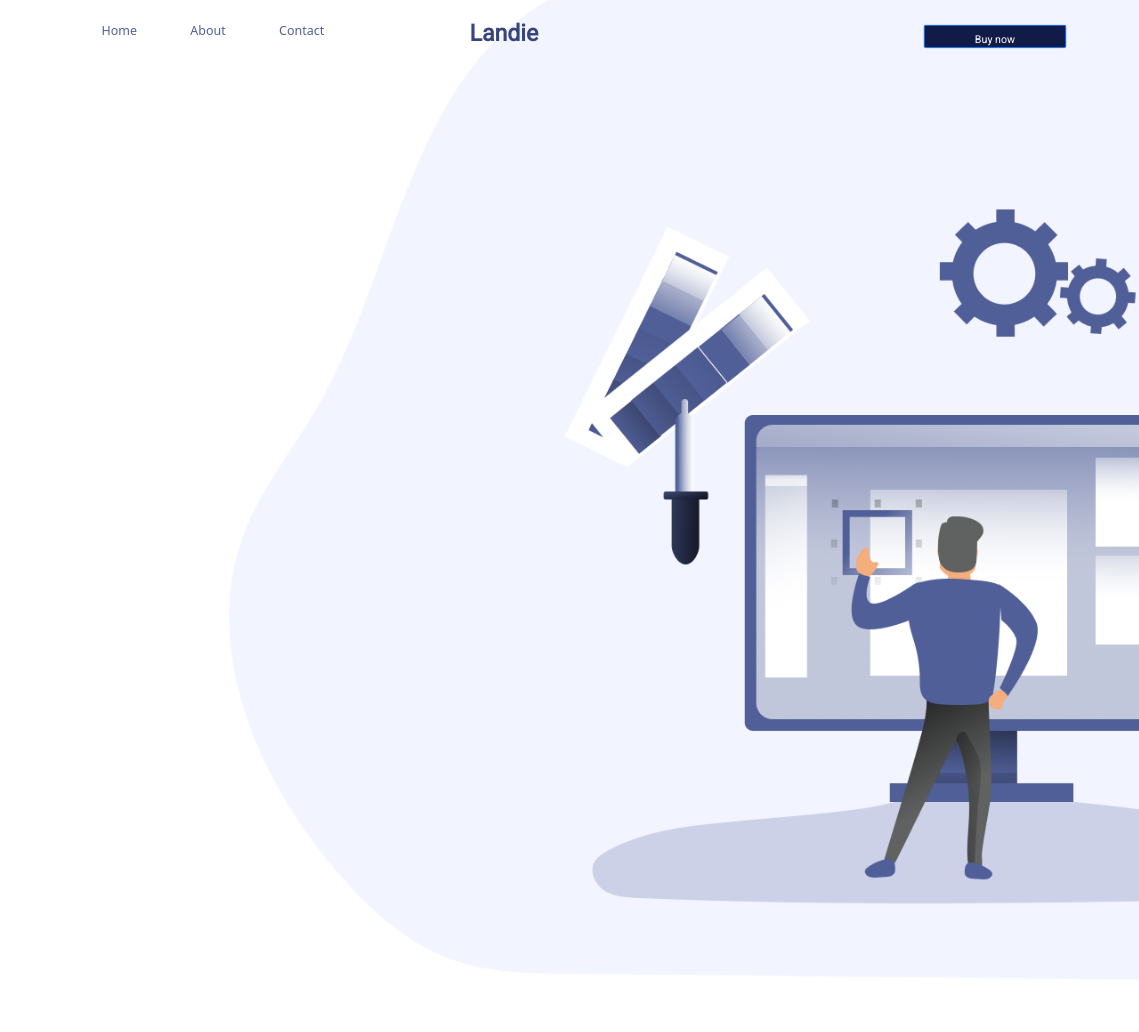
Repository: batonAnton/HW-Lec12-sass-pug
Page: index.html
These files come from the project's save history. The page is drawn as it stood at one moment and after the next save; the edit follows.
The browser window is 1280 px wide. The pictures show the whole page, at 89% of full size.
The style sheet was rebuilt from its Sass, Less or Tailwind sources for each picture, by a compiler version that may differ from the author's.

Above is the page before, as saved 2022-07-29 15:40:56.

After the next save:
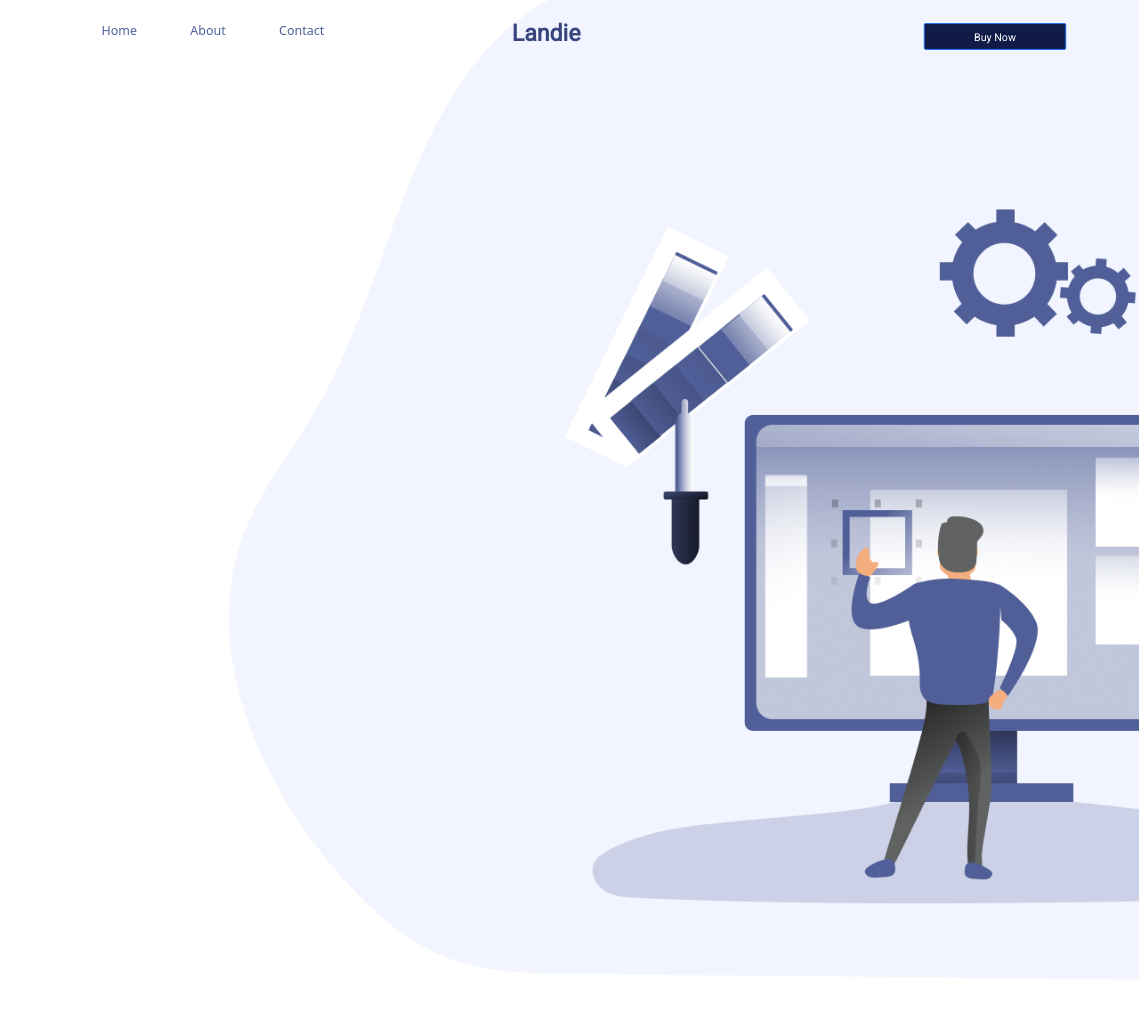
Saved 5 min 51 s later.
--- a/css/style.scss
+++ b/css/style.scss
@@ -43,7 +43,7 @@ header {
     .logo {
       display: flex;
       justify-content: center;
-      margin-left: -330px;
+      margin-left: -235px;
       h1 {
         font-family: $primaryFontStyle;
         font-style: normal;
@@ -54,16 +54,18 @@ header {
       }
     }
      .btn-primary{
+      font-family: 'Roboto';
+      font-style: normal;
+      font-weight: 500;
+      font-size: 12px;
+      line-height: 18px;
+      color: #FFFFFF;
+      text-transform: capitalize;
       background: #111b47;
       border-radius: 2px;
       width: 160px;
-      height: 26px;
-      font-family: 'Roboto';
-        font-style: normal;
-        font-weight: 500;
-        font-size: 12px;
-        line-height: 18px;
-        color: #FFFFFF;
+      height: 30px;
+
     }
   }
 }
